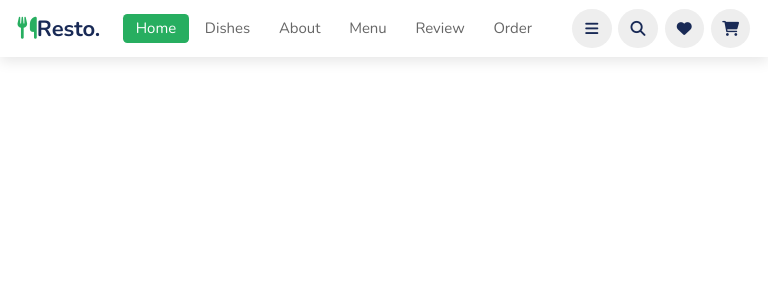
Repository: CarsonDev1/FoodWeb
Page: index.html
An editor plug-in stored every save of this project. The page is shown before and after the next save, followed by the edit.
The browser window is 768 px wide. The pictures show the whole page.
Some web libraries are served in a nearby version.

Above is the page before, as saved 2022-05-18 18:06:52.

### index.html
<!DOCTYPE html>
<html lang="en">
  <head>
    <meta charset="UTF-8" />
    <meta http-equiv="X-UA-Compatible" content="IE=edge" />
    <meta name="viewport" content="width=device-width, initial-scale=1.0" />
    <title>Document</title>
    <!-- CSS link -->
    <link rel="stylesheet" href="./css/style.css" />
    <!-- Google font -->
    <link rel="preconnect" href="https://fonts.googleapis.com" />
    <link rel="preconnect" href="https://fonts.gstatic.com" crossorigin />
    <link
      href="https://fonts.googleapis.com/css2?family=DM+Sans:wght@700&family=Manrope:wght@400;700;800&family=Nunito:wght@200;300;400;600;700&display=swap"
      rel="stylesheet"
    />
    <!-- font awesome cdn link -->
    <link
      rel="stylesheet"
      href="https://cdnjs.cloudflare.com/ajax/libs/font-awesome/6.1.1/css/all.min.css"
    />
  </head>
  <body>
    <!-- Header section start -->
    <header>
      <a href="#" class="logo"><i class="fas fa-utensils"></i>resto.</a>
      <nav class="navbar">
        <a class="active" href="#home">home</a>
        <a href="#dishes">dishes</a>
        <a href="#about">about</a>
        <a href="#menu">menu</a>
        <a href="#review">review</a>
        <a href="#order">order</a>
      </nav>
      <div class="icons">
        <i class="fas fa-bars" id="menu-bars"></i>
        <i class="fas fa-search" id="search-icon"></i>
        <a href="#" class="fas fa-heart"></a>
        <a href="#" class="fas fa-shopping-cart"></a>
      </div>
    </header>
    <!-- Header section end -->
    <!-- JS file link -->
    <script src="./js/app.js"></script>
  </body>
</html>

### css/style.css
:root {
  --green: #27ae60;
  --black: #192a56;
  --light-color: #666;
  --box-shadow: 0 0.5rem 1.5rem rgba(0, 0, 0, 0.1);
}
* {
  font-family: "Nunito", sans-serif;
  margin: 0;
  padding: 0;
  box-sizing: border-box;
  text-decoration: none;
  outline: none;
  border: none;
  text-transform: capitalize;
  transition: all 0.2s linear;
}
html {
  font-size: 62.5%;
  overflow-x: hidden;
  scroll-padding-top: 5.5rem;
  scroll-behavior: smooth;
}
header {
  position: fixed;
  top: 0;
  left: 0;
  right: 0;
  background: #fff;
  padding: 1rem 7%;
  display: flex;
  align-items: center;
  justify-content: space-between;
  z-index: 1000;
  box-shadow: var(--box-shadow);
}
header .logo {
  color: var(--black);
  font-size: 2.5rem;
  font-weight: bolder;
}
header .logo i {
  color: var(--green);
}
header .navbar a {
  font-size: 1.7rem;
  border-radius: 0.5rem;
  padding: 0.5rem 1.5rem;
  color: var(--light-color);
}
header .navbar a.active,
header .navbar a:hover {
  background: var(--green);
  color: #fff;
}
header .icons i,
header .icons a {
  cursor: pointer;
  margin-left: 0.5rem;
  height: 4.5rem;
  line-height: 4.5rem;
  width: 4.5rem;
  text-align: center;
  font-size: 1.7rem;
  color: var(--black);
  border-radius: 50%;
  background: #eee;
}
header .icons i:hover,
header .icons a:hover {
  color: #fff;
  background: var(--green);
  transform: rotate(360deg);
}
header .icons #menu-bars {
  display: none;
}

/* media queries */
@media (max-width: 991px) {
  html {
    font-size: 55%;
  }
  header {
    padding: 1rem 2rem;
  }
}
@media (max-width: 768px) {
  header .icons #menu-bars {
    display: inline-block;
  }
}

Loaded but not shown: js/app.js (no copy from this time; the picture is the same without it)

After the next save:
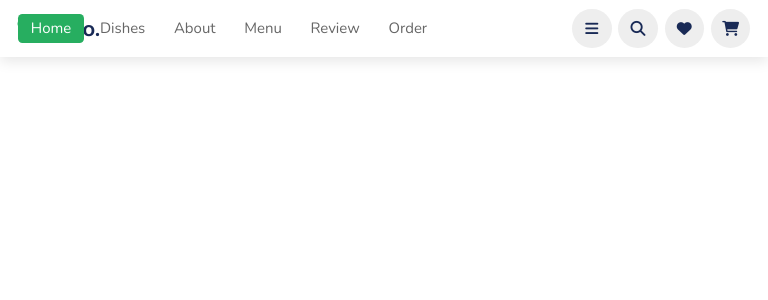
Saved 27 s later.
--- a/css/style.css
+++ b/css/style.css
@@ -89,4 +89,7 @@ header .icons #menu-bars {
   header .icons #menu-bars {
     display: inline-block;
   }
+  header .navbar {
+    position: absolute;
+  }
 }
